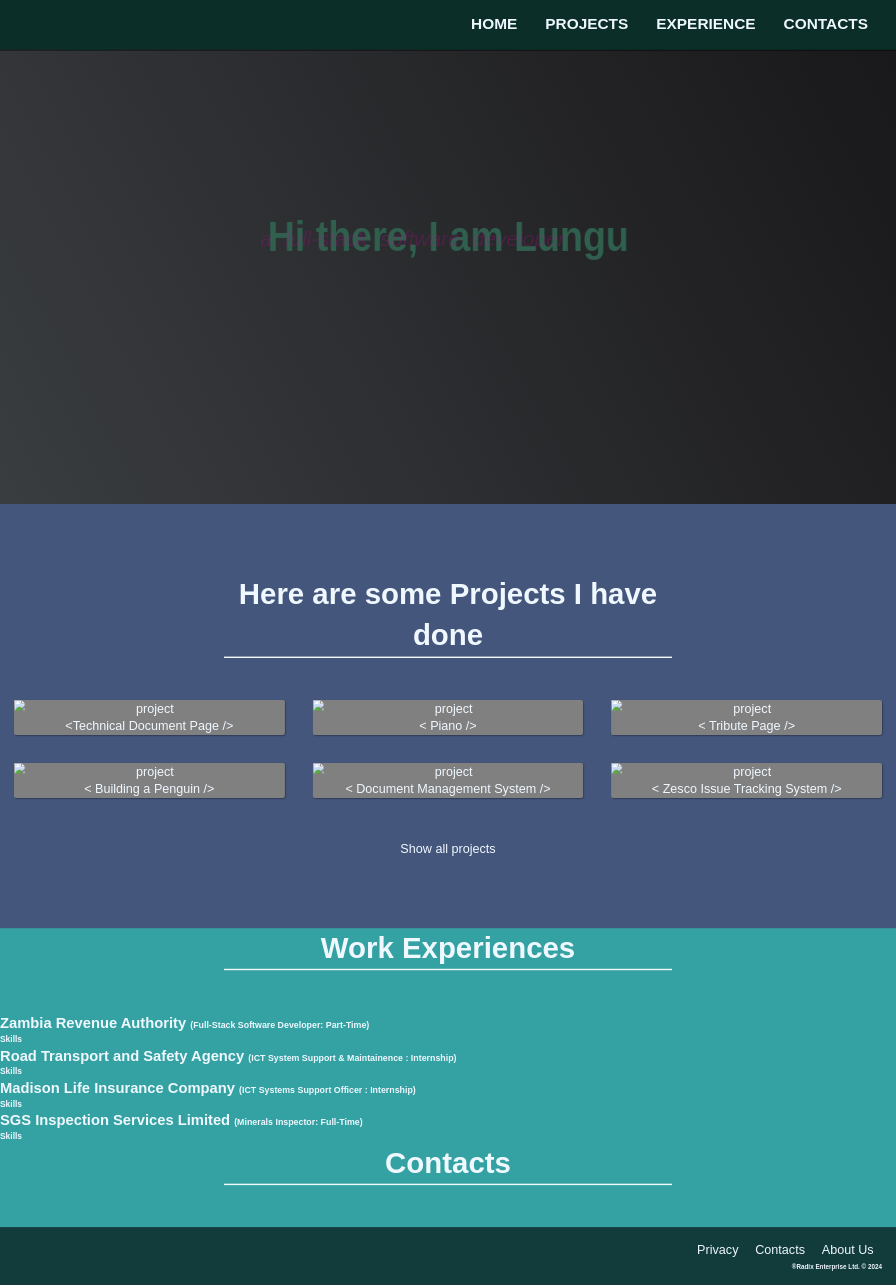
Repository: Lungdjos/personal_portifolio
Page: html/index.html
The author's editor kept a copy of each file at every save. The page is drawn from the files as they stood at one save, then again after a run of saves.
The browser window is 1280 px wide. The pictures show the whole page, at 70% of full size.

Above is the page before, as saved 2024-02-04 00:34:56.

After the next 2 saves:
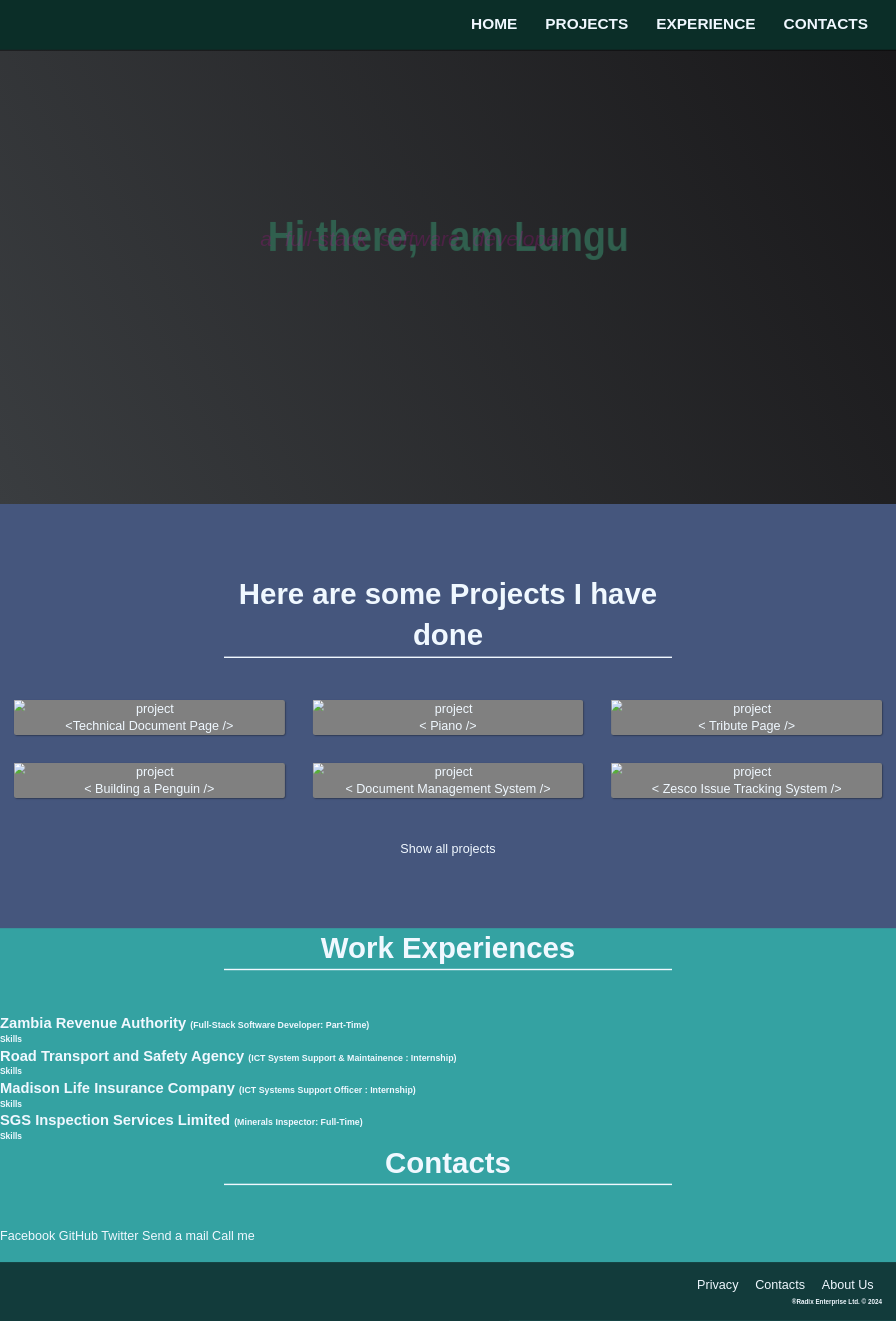
The 2 saves are shown as one change because they came seconds apart.
The last was saved 9 min 4 s later.
--- a/html/index.html
+++ b/html/index.html
@@ -158,6 +158,13 @@
         <div id="spacer"></div>
         <section class="contact-section" id="contact-section">
             <h2 class="heading contacts-heading">Contacts</h2>
+            <div class="contact-links">
+                <a href="https://facebook.com/freecodecamp" target="_blank" class="btn contact-details"><i class="fab fa-facebook-square"></i> Facebook</a>
+                <a id="profile-link" href="https://github.com/freecodecamp" target="_blank" class="btn contact-details"><i class="fab fa-github"></i> GitHub</a>
+                <a href="https://twitter.com/freecodecamp" target="_blank" class="btn contact-details"><i class="fab fa-twitter"></i> Twitter</a>
+                <a href="mailto:example@example.com" class="btn contact-details"><i class="fas fa-at"></i> Send a mail</a>
+                <a href="tel:555-555-5555" class="btn contact-details"><i class="fas fa-mobile-alt"></i> Call me</a>
+            </div>
         </section>
     </main>
     <footer>
